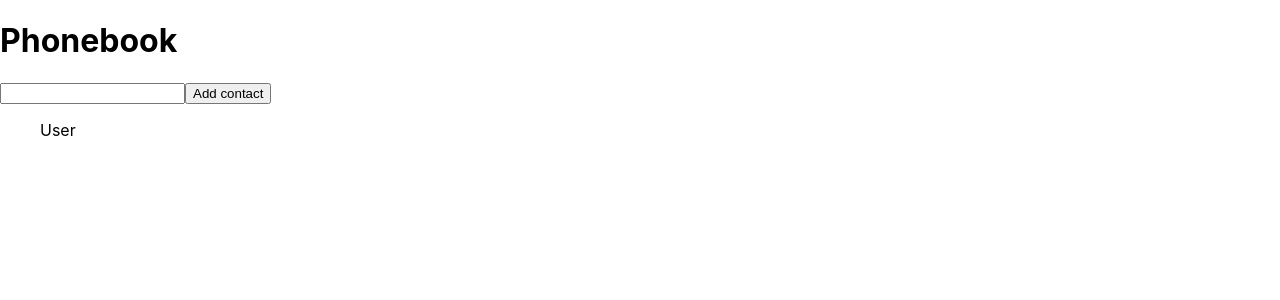
Repository: alexshlikhta/goit-react-hw-02-phonebook
Page: /
An editor plug-in stored every save of this project. The page is shown before and after the next save, followed by the edit.
The browser window is 1280 px wide. The pictures show the whole page.
The project was rebuilt for these pictures with package versions that can differ from the ones it lists, and the page was loaded fresh each time. Also part of the build but not shown: src/App.css.

Above is the page before, as saved 2021-12-07 22:51:44.

After the next save:
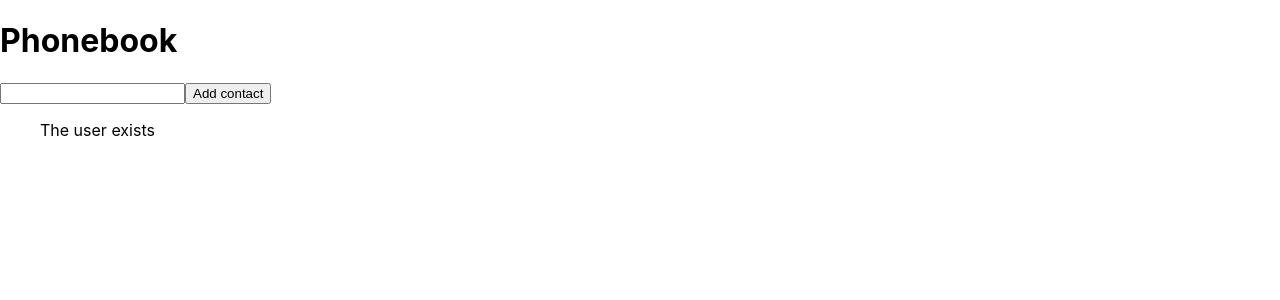
Saved 42 s later.
--- a/src/App.js
+++ b/src/App.js
@@ -15,15 +15,14 @@ export default class App extends Component {
 	handleSubmit = (e) => {
 		e.preventDefault();
 
-    if (!this.state.contacts.includes(this.state.name)) {
-      this.setState((prevState) => ({
-        contacts: [...prevState.contacts, this.state.name],
-      }));
-      this.resetFields();
-    } else {
-      return
-    }
-
+		if (!this.state.contacts.includes(this.state.name)) {
+			this.setState((prevState) => ({
+				contacts: [...prevState.contacts, this.state.name],
+			}));
+			this.resetFields();
+		} else {
+			return;
+		}
 	};
 
 	resetFields = () => {
@@ -54,9 +53,9 @@ export default class App extends Component {
 				<ul>
 					{this.state.contacts.map((el, index) => (
 						<li key={index}>{el}</li>
-          ))}
+					))}
 
-          <span>User </span>
+					<span>The user exists</span>
 				</ul>
 			</>
 		);
